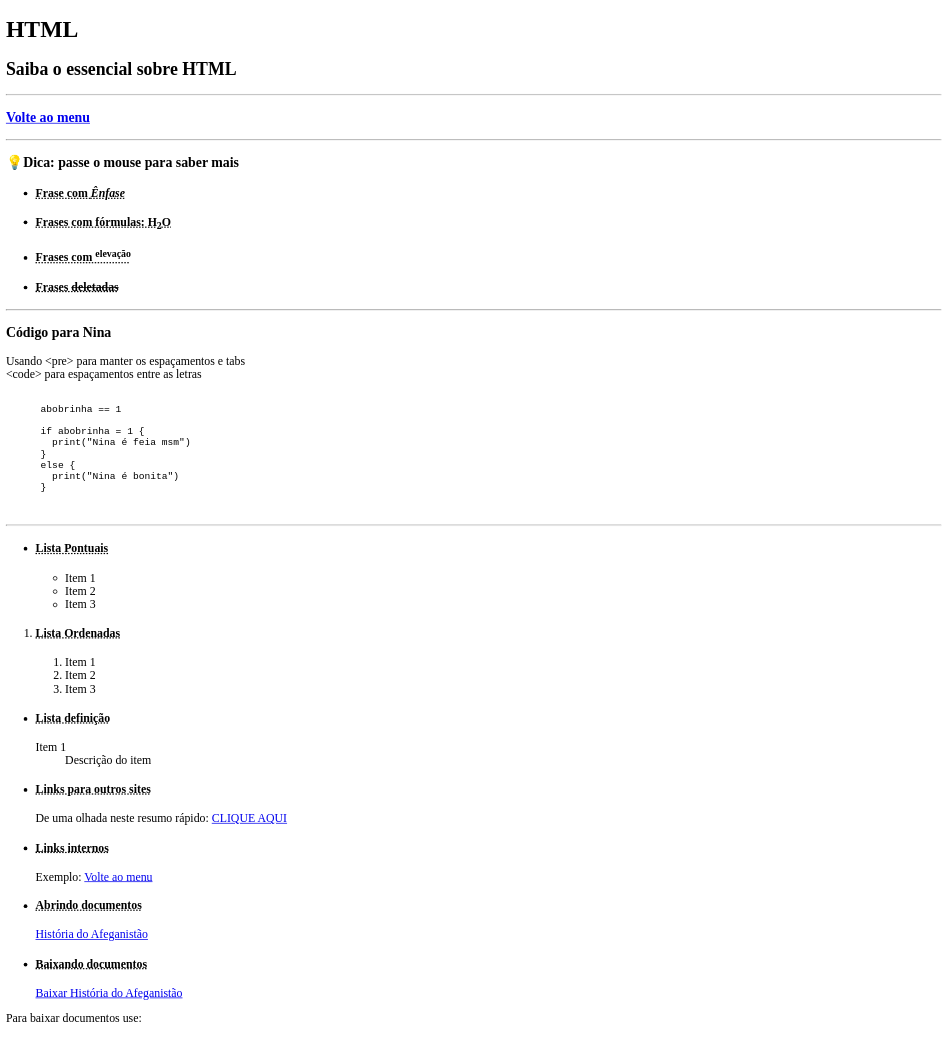
Repository: LuidyOn/Site_Forca_Total
Page: ForçaTotal/sobreHTML.html
The author's editor kept a copy of each file at every save. The page is drawn from the files as they stood at one save, then again after a run of saves.
The browser window is 1280 px wide. The pictures show the whole page, at 74% of full size.

Above is the page before, as saved 2025-05-15 21:06:56.

After the next 3 saves:
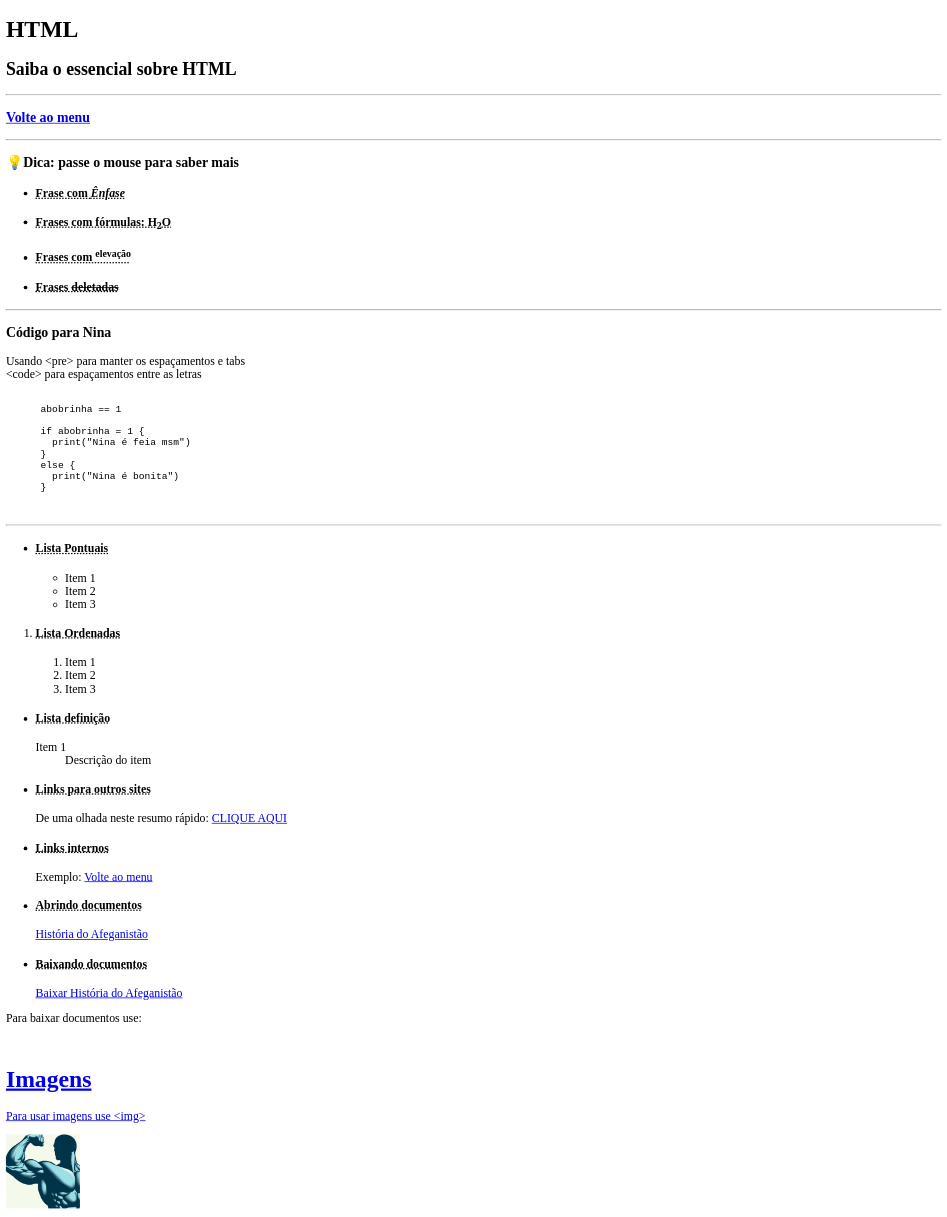
The 3 saves are shown as one change because they came seconds apart.
The last was saved 10 s later.
--- a/ForçaTotal/sobreHTML.html
+++ b/ForçaTotal/sobreHTML.html
@@ -115,7 +115,7 @@
 
 
 
-    <p>Para baixar documentos use: <a href='<strong>caminho</strong>.pdf" download="<strong>caminho</strong>.pdf" type="application/pdf"&gt; Text</p>
+    <p>Para baixar documentos use: <a href='<strong>caminho</strong>.pdf' download='<strong>caminho</strong>.pdf' type="application/pdf"&gt; Text</p>
 
   <p><br></p>
 
